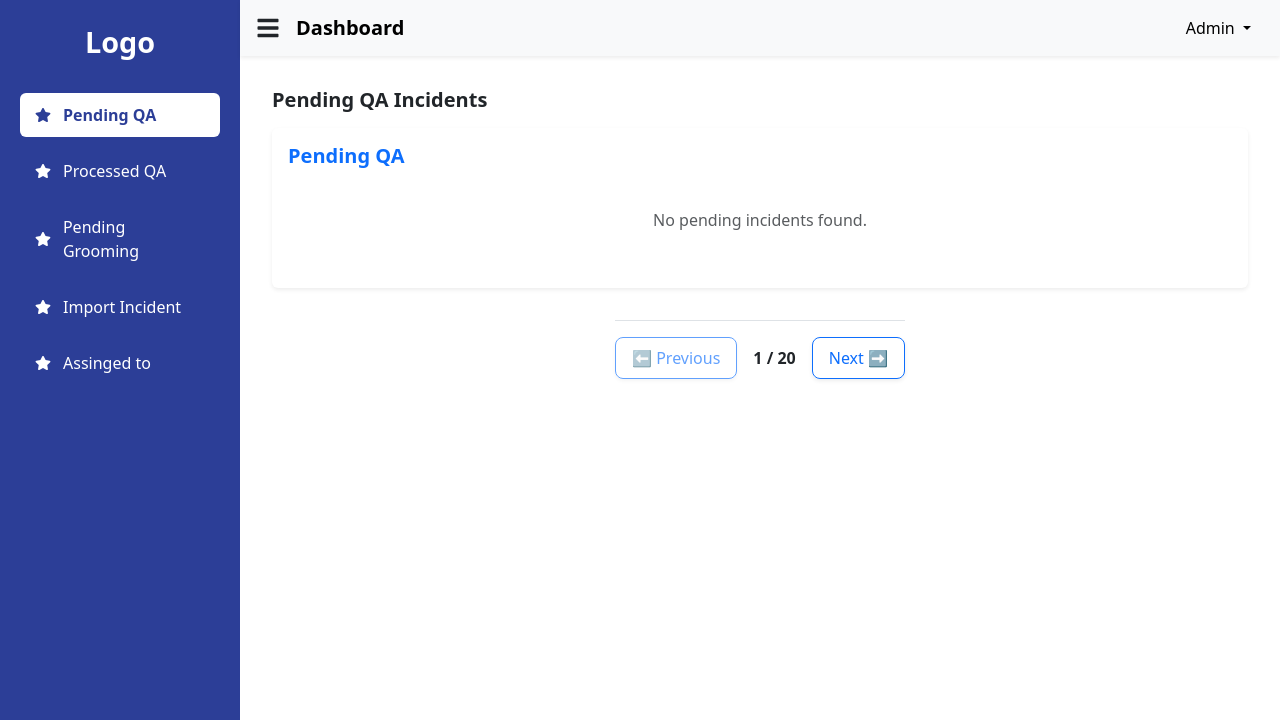
Repository: ArunGOW/ServiceNow_QA-audit
Page: /dashboard/pending-qa
The author's editor kept a copy of each file at every save. The page is drawn from the files as they stood at one save, then again after the next save.
The browser window is 1280 px wide. The pictures show the whole page.
The page's requests for data from a server got no answer. The project was rebuilt for these pictures with package versions that can differ from the ones it lists, and the page was loaded fresh each time. No one was signed in, and anything a server would have sent is missing. Also part of the build but not shown: vite.config.js, src/components/Login.jsx, src/components/layout/Topbar.css, src/components/tables/ProcessedQATable.jsx, src/pages/ProcessedQAPage.jsx, src/pages/GroomingPage.jsx, src/pages/ImportIncidentPage.jsx.

Above is the page before, as saved 2025-09-09 20:18:33.

### index.html
<!doctype html>
<html lang="en">
  <head>
    <meta charset="UTF-8" />
    <link rel="icon" href="data:," />
    <meta name="viewport" content="width=device-width, initial-scale=1.0" />
    <title>QA Tool</title>
  </head>
  <body>
    <div id="root"></div>
    <script type="module" src="/src/main.jsx"></script>
  </body>
</html>

### src/main.jsx
 import React from "react";
import ReactDOM from "react-dom/client";
import { BrowserRouter } from "react-router-dom";
import App from "./App";
import 'bootstrap/dist/css/bootstrap.min.css';


ReactDOM.createRoot(document.getElementById("root")).render(
  <BrowserRouter>
    <App />
  </BrowserRouter>
);

### src/App.jsx



//  import React from "react";
// import { Routes, Route, Navigate } from "react-router-dom";
// import Login from "./components/Login";
// import Dashboard from "./components/Dashboard";
// import { AuthProvider } from "./context/AuthContext";
// import ImportExcel from "./components/ImportExcel";


// function App() {
//   return (
//     <AuthProvider>
//       <Routes>

//         <Route path="/" element={<Navigate to="/login" replace />} />
//         <Route path="/login" element={<Login />} />
//         {/* <Route path="/dashboard" element={<Dashboard />} />
//         <Route path="/import-excel" element={<ImportExcel />} />

//         <Route path="/pending-qa" element={<Dashboard filter="Pending" />} /> */}
//         {/* ✅ Protect all dashboard routes */}
//         <Route
//           path="/dashboard/*"
//           element={
//             <ProtectedRoute>
//               <Layout>
//                 <Routes>
//                   <Route path="" element={<Dashboard />} />
//                   <Route path="processed-qa" element={<ProcessedQAPage />} />
//                   <Route path="pending-grooming" element={<GroomingPage />} />
//                   <Route path="import-incident" element={<ImportIncidentPage />} />
//                 </Routes>
//               </Layout>
//             </ProtectedRoute>
//           }
//         />


//       </Routes>
//     </AuthProvider>
//   );
// }

// export default App;

// src/App.jsx
import React from "react";
import { Routes, Route, Navigate } from "react-router-dom";
import Login from "./components/Login";
import Dashboard from "./components/Dashboard";
import { AuthProvider } from "./context/AuthContext";

// Pages
import PendingQAPage from "./pages/PendingQAPage";
import ProcessedQAPage from "./pages/ProcessedQAPage";
import GroomingPage from "./pages/GroomingPage";
import ImportIncidentPage from "./pages/ImportIncidentPage";

function App() {
  return (
    <AuthProvider>
      <Routes>
        {/* Redirect root to login */}
        <Route path="/" element={<Navigate to="/login" replace />} />

        {/* Login Page */}
        <Route path="/login" element={<Login />} />

        {/* Dashboard Layout with nested routes */}
        <Route path="/dashboard" element={<Dashboard />}>
          <Route path="pending-qa" element={<PendingQAPage />} />
          <Route path="processed-qa" element={<ProcessedQAPage />} />
          <Route path="pending-grooming" element={<GroomingPage />} />
          <Route path="import-incident" element={<ImportIncidentPage />} />
        </Route>
      </Routes>
    </AuthProvider>
  );
}

export default App;

### src/components/Dashboard.jsx
//  import { useState, useEffect, useContext } from "react";
// import axios from "axios";
// import Layout from "./layout/Layout";
// import PendingQATable from "./tables/PendingQATable";
// import ProcessedQATable from "./tables/ProcessedQATable";
// import PaginationControls from "./PaginationControls";
// import { AuthContext } from "../context/AuthContext";

// const Dashboard = () => {
//   const { user } = useContext(AuthContext); // ✅ get user info (user_sid)
//   const [pendingIncidents, setPendingIncidents] = useState([]);
//   const [processedIncidents, setProcessedIncidents] = useState([]);
//   const [loading, setLoading] = useState(true);
//   const [currentPage, setCurrentPage] = useState(1);
//   const [totalPages, setTotalPages] = useState(1);
//   const limit = 10;

//   useEffect(() => {
//     const fetchData = async () => {
//       if (!user?.user_sid) {
//         console.warn("⚠️ No user_sid found, skipping fetch.");
//         return;
//       }

//       setLoading(true);
//       try {
//         const skip = (currentPage - 1) * limit;

//         // ✅ Send skip, limit, and user_sid in POST body (NOT query string)
//         const res = await axios.post("http://localhost:8000/api/users/get/incidents", {
//           user_sid: user.user_sid,
//           skip,
//           limit,
//         });

//         console.log("📌 API Response:", res.data);

//         const allIncidents = res.data?.incidents || [];

//         setPendingIncidents(allIncidents.filter((i) => i.audit_status === "Pending"));
//         setProcessedIncidents(allIncidents.filter((i) => i.audit_status === "Completed"));

//         if (res.data?.totalCount) {
//           setTotalPages(Math.ceil(res.data.totalCount / limit));
//         }
//       } catch (error) {
//         console.error("❌ Error fetching incidents:", error);
//       } finally {
//         setLoading(false);
//       }
//     };

//     fetchData();
//   }, [currentPage, user]);

//   return (
//     <Layout>
//       <PendingQATable incidents={pendingIncidents} loading={loading} />
//       <ProcessedQATable incidents={processedIncidents} />
//       <div className="d-flex justify-content-center mt-3">
//         <PaginationControls
//           currentPage={currentPage}
//           totalPages={totalPages}
//           handlePrevious={() => setCurrentPage((p) => Math.max(p - 1, 1))}
//           handleNext={() => setCurrentPage((p) => p + 1)}
//         />
//       </div>
//     </Layout>
//   );
// };

// export default Dashboard;


// src/components/Dashboard.jsx
import { Outlet } from "react-router-dom";
import { useState } from "react";
import Sidebar from "./layout/Sidebar";
import Topbar from "./layout/Topbar";

const Dashboard = () => {
  const [sidebarOpen, setSidebarOpen] = useState(true);

  return (
    <div className="d-flex">
      {/* Sidebar */}
      {sidebarOpen && <Sidebar />}

      {/* Main Content */}
      <div className="flex-grow-1">
        <Topbar onToggleSidebar={() => setSidebarOpen(!sidebarOpen)} />
        <div className="p-3">
          <Outlet /> {/* Child routes render here */}
        </div>
      </div>
    </div>
  );
};

export default Dashboard;

### src/context/AuthContext.jsx
//  // src/context/AuthContext.jsx
// import { createContext, useContext, useState, useEffect } from "react";

// const AuthContext = createContext();

// export const AuthProvider = ({ children }) => {
//   const [user, setUser] = useState(null);

//   useEffect(() => {
//     const storedUser = localStorage.getItem("user");
//     if (storedUser) {
//       setUser(JSON.parse(storedUser));
//     }
//   }, []);

//   const login = (userData) => {
//     setUser(userData);
//     localStorage.setItem("user", JSON.stringify(userData));
//   };

//   const logout = () => {
//     setUser(null);
//     localStorage.removeItem("user");
//   };

//   return (
//     <AuthContext.Provider value={{ user, login, logout }}>
//       {children}
//     </AuthContext.Provider>
//   );
// };

// // ✅ Add this export
// export const useAuth = () => useContext(AuthContext);


// src/context/AuthContext.jsx
import React, { createContext, useContext, useState, useEffect } from "react";

const AuthContext = createContext();

export const AuthProvider = ({ children }) => {
  const [user, setUser] = useState(null);

  useEffect(() => {
    const storedUser = localStorage.getItem("user");
    if (storedUser) {
      setUser(JSON.parse(storedUser));
    }
  }, []);

  const login = (userData) => {
    setUser(userData);
    localStorage.setItem("user", JSON.stringify(userData));
  };

  const logout = () => {
    setUser(null);
    localStorage.removeItem("user");
  };

  return (
    <AuthContext.Provider value={{ user, login, logout }}>
      {children}
    </AuthContext.Provider>
  );
};

export const useAuth = () => useContext(AuthContext);

### src/pages/PendingQAPage.jsx
// src/pages/PendingQAPage.jsx
import{ useState, useEffect } from "react";
import axios from "axios";
import PendingQATable from "../components/tables/PendingQATable";
import PaginationControls from "../components/PaginationControls";

const PendingQAPage = () => {
  const [incidents, setIncidents] = useState([]);
  const [loading, setLoading] = useState(true);
  const [currentPage, setCurrentPage] = useState(1);
  const limit = 10;

  useEffect(() => {
    const fetchData = async () => {
      setLoading(true);
      try {
        const skip = (currentPage - 1) * limit;
        const res = await axios.post(
          "http://localhost:8000/api/users/get/incidents",
          { skip, limit }
        );
        setIncidents(res.data.pending || []); // ✅ using pending key from backend
      } catch (error) {
        console.error("Error fetching pending incidents:", error);
      } finally {
        setLoading(false);
      }
    };
    fetchData();
  }, [currentPage]);

  return (
    <div className="p-3">
      <h5 className="fw-bold mb-3">Pending QA Incidents</h5>
      <PendingQATable incidents={incidents} loading={loading} />
      <div className="d-flex justify-content-center mt-3">
        <PaginationControls
          currentPage={currentPage}
          totalPages={20}
          handlePrevious={() => setCurrentPage((p) => Math.max(p - 1, 1))}
          handleNext={() => setCurrentPage((p) => p + 1)}
        />
      </div>
    </div>
  );
};

export default PendingQAPage;

### src/components/layout/sidebar.jsx
//  // src/components/layout/Sidebar.jsx
// import { Nav } from "react-bootstrap";
// import { FaStar } from "react-icons/fa";
// import { Link, useLocation } from "react-router-dom";

// const Sidebar = () => {
//   const location = useLocation();

//   const menuItems = [
//     { path: "/pending-qa", label: "Pending QA" },
//     { path: "/processed-qa", label: "Processed QA" },
//     { path: "/pending-grooming", label: "Pending Grooming" },
//     { path: "/import-incident", label: "Import Incident" },
//     { path: "/export-incident", label: "Export Incident" },
//   ];

//   return (
//     <div>
//       <h2 className="p-3 fw-bold border-bottom">Logo</h2>
//       <Nav className="flex-column">
//         {menuItems.map((item) => (
//           <Nav.Item key={item.path}>
//             <Link
//               to={item.path}
//               className={`d-flex align-items-center px-3 py-2 text-decoration-none ${
//                 location.pathname === item.path
//                   ? "bg-light text-dark rounded"
//                   : "text-white"
//               }`}
//             >
//               <FaStar className="me-2" />
//               {item.label}
//             </Link>
//           </Nav.Item>
//         ))}
//       </Nav>
//     </div>
//   );
// };

// export default Sidebar;


// src/components/layout/Sidebar.jsx
import { NavLink } from "react-router-dom";
import { FaStar } from "react-icons/fa";
import "./Sidebar.css";

const Sidebar = () => {
  return (
    <div className="sidebar">
      <div className="logo">Logo</div>
      <nav>
        <NavLink to="/dashboard/pending-qa" activeClassName="active">
          <FaStar /> Pending QA
        </NavLink>
        <NavLink to="/dashboard/processed-qa" activeClassName="active">
          <FaStar /> Processed QA
        </NavLink>
        <NavLink to="/dashboard/pending-grooming" activeClassName="active">
          <FaStar /> Pending Grooming
        </NavLink>

        <NavLink to="/dashboard/import-incident" activeClassName="active">
          <FaStar /> Import Incident
        </NavLink>
        <NavLink to="/export-incident" activeClassName="active">
          <FaStar />  Assinged to
        </NavLink>
      </nav>
    </div>
  );
};

export default Sidebar;

### src/components/layout/Topbar.jsx
// // src/components/layout/Topbar.jsx
// import { Navbar, Nav, Dropdown } from "react-bootstrap";
// import { FaBars } from "react-icons/fa";


// const Topbar = ({ onToggleSidebar }) => {
//   return (
//     <Navbar bg="light" expand="lg" className="shadow-sm px-3">
//       <FaBars
//         className="me-3"
//         style={{ cursor: "pointer", fontSize: "1.5rem" }}
//         onClick={onToggleSidebar}
//       />
//       <Navbar.Brand className="fw-bold">Dashboard</Navbar.Brand>
//       <Nav className="ms-auto">
//         <Dropdown align="end">
//           <Dropdown.Toggle variant="light" id="dropdown-basic">
//             Admin
//           </Dropdown.Toggle>
//           <Dropdown.Menu>
//             <Dropdown.Item>Profile</Dropdown.Item>
//             <Dropdown.Item>Logout</Dropdown.Item>
//           </Dropdown.Menu>
//         </Dropdown>
//       </Nav>
//     </Navbar>
//   );
// };

// export default Topbar;


 // src/components/layout/Topbar.jsx
import { Navbar, Nav, Dropdown } from "react-bootstrap";
import { FaBars } from "react-icons/fa";
import { useAuth } from "../../context/AuthContext";   // ✅ import hook
import { useNavigate } from "react-router-dom";
import './Topbar.css'

const Topbar = ({ onToggleSidebar }) => {
  const { logout, user } = useAuth();  // ✅ get user + logout
  const navigate = useNavigate();

  const handleLogout = () => {
    logout();            // clear user + localStorage
    navigate("/login");  // redirect to login page
  };

  return (
    <Navbar bg="light" expand="lg" className="shadow-sm px-3">
      <FaBars
        className="me-3"
        style={{ cursor: "pointer", fontSize: "1.5rem" }}
        onClick={onToggleSidebar}
      />
      <Navbar.Brand className="fw-bold">Dashboard</Navbar.Brand>
      <Nav className="ms-auto">
        <Dropdown align="end">
          <Dropdown.Toggle variant="light" id="dropdown-basic">
            {user?.name || "Admin"}  {/* ✅ show logged-in user name */}
          </Dropdown.Toggle>
          <Dropdown.Menu>
            <Dropdown.Item>Profile</Dropdown.Item>
            <Dropdown.Item onClick={handleLogout}>Logout</Dropdown.Item>
          </Dropdown.Menu>
        </Dropdown>
      </Nav>
    </Navbar>
  );
};

export default Topbar;

### src/components/tables/PendingQATable.jsx
 // src/components/tables/PendingQATable.jsx
import { Table, Spinner, Badge } from "react-bootstrap";

const PendingQATable = ({ incidents, loading }) => {
  const getStatusBadge = (status) => {
    if (!status) return <Badge bg="secondary">Pending</Badge>;
    if (status.toLowerCase() === "escalated")
      return <Badge bg="warning" text="dark">Escalated</Badge>;
    if (status.toLowerCase() === "resolved")
      return <Badge bg="success">Resolved</Badge>;
    return <Badge bg="info">{status}</Badge>;
  };

  return (
    <div className="bg-white rounded shadow-sm p-3">
      <h5 className="fw-bold mb-3 text-primary">Pending QA</h5>
      {loading ? (
        <div className="text-center py-5">
          <Spinner animation="border" variant="primary" />
        </div>
      ) : incidents.length > 0 ? (
        <Table bordered hover responsive className="align-middle">
          <thead className="table-primary">
            <tr>
              <th className="text-center">Incident #</th>
              <th className="text-start">Handled By</th>
              <th className="text-center">Handled On</th>
              <th className="text-center">Current Status</th>
            </tr>
          </thead>
          <tbody>
            {incidents.map((incident, index) => (
              <tr key={index}>
                <td className="text-center">{incident.incident_number || "N/A"}</td>
                <td className="text-start">{incident.assigned_analyst || "N/A"}</td>
                <td className="text-center">{incident.incident_date || "N/A"}</td>
                <td className="text-center">{getStatusBadge(incident.resolution_status)}</td>
              </tr>
            ))}
          </tbody>
        </Table>
      ) : (
        <p className="text-muted text-center py-4">No pending incidents found.</p>
      )}
    </div>
  );
};

export default PendingQATable;

### src/components/PaginationControls.jsx
import React from "react";
import CustomButton from "./CustomButton";

const PaginationControls = ({ currentPage, totalPages, handlePrevious, handleNext }) => {
  return (

<div className="d-flex justify-content-center align-items-center mt-3 pt-3 border-top">
  <CustomButton
    variant="outline-primary"
    disabled={currentPage === 1}
    onClick={handlePrevious}
    className="me-3"
  >
    ⬅️ Previous
  </CustomButton>

  <span className="fw-semibold text-dark">
    {currentPage} / {totalPages}
  </span>

  <CustomButton
    variant="outline-primary"
    disabled={currentPage === totalPages}
    onClick={handleNext}
    className="ms-3"
  >
    Next ➡️
  </CustomButton>
</div>

  );
};

export default PaginationControls;

### src/components/layout/Sidebar.css
/* src/components/layout/Sidebar.css */
.sidebar {
  height: 100vh;
  width: 240px;
  background-color: #2c3e97; /* Deep Blue */
  color: white;
  display: flex;
  flex-direction: column;
  padding: 20px;
}

.sidebar .logo {
  font-size: 1.8rem;
  font-weight: bold;
  text-align: center;
  margin-bottom: 30px;
}

.sidebar nav {
  display: flex;
  flex-direction: column;
  gap: 12px;
}

.sidebar a {
  display: flex;
  align-items: center;
  gap: 12px;
  padding: 10px 15px;
  text-decoration: none;
  color: white;
  font-size: 1rem;
  border-radius: 6px;
  transition: all 0.3s ease;
}

.sidebar a:hover {
  background-color: rgba(255, 255, 255, 0.15);
}

.sidebar a.active {
  background-color: white;
  color: #2c3e97;
  font-weight: bold;
}

.sidebar hr {
  border: none;
  border-top: 1px solid rgba(255, 255, 255, 0.2);
  margin: 15px 0;
}

### src/components/CustomButton.jsx
// // src/components/CustomButton.jsx
// import React from "react";
// import { Button } from "react-bootstrap";

// const CustomButton = ({
//   children,
//   variant = "primary",
//   onClick,
//   className = "",
//   disabled = false
// }) => {
//   return (
//     <Button
//       variant={variant}
//       onClick={onClick}
//       disabled={disabled}
//       className={`fw-semibold ${className}`}
//     >
//       {children}
//     </Button>
//   );
// };

// export default CustomButton;


import React from "react";
import { Button } from "react-bootstrap";

const CustomButton = ({ children, variant = "primary", className = "", ...rest }) => {
  return (
    <Button
      variant={variant}
      className={`rounded-3 px-3 py-2 shadow-sm ${className}`}
      {...rest}
    >
      {children}
    </Button>
  );
};

export default CustomButton;

After the next save:
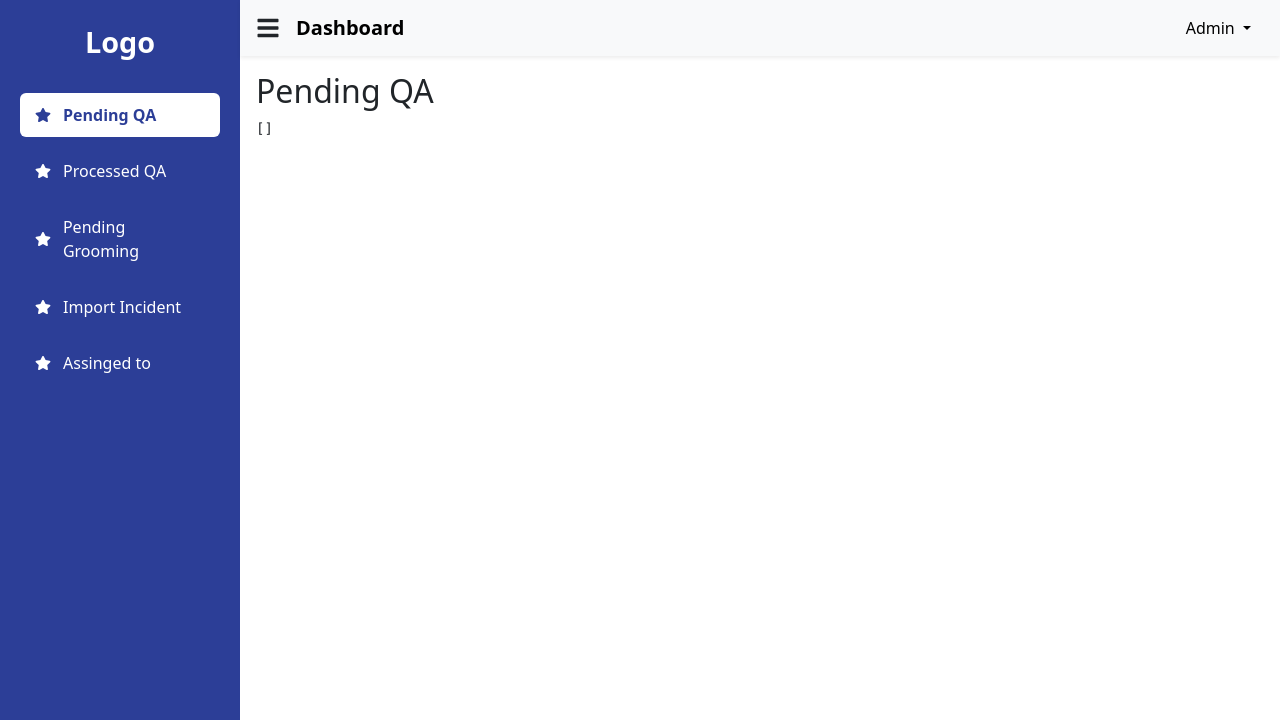
Saved 11 min 27 s later.
--- a/src/pages/PendingQAPage.jsx
+++ b/src/pages/PendingQAPage.jsx
@@ -1,48 +1,84 @@
-// src/pages/PendingQAPage.jsx
-import{ useState, useEffect } from "react";
+// // src/pages/PendingQAPage.jsx
+// import{ useState, useEffect } from "react";
+// import axios from "axios";
+// import PendingQATable from "../components/tables/PendingQATable";
+// import PaginationControls from "../components/PaginationControls";
+
+// const PendingQAPage = () => {
+//   const [incidents, setIncidents] = useState([]);
+//   const [loading, setLoading] = useState(true);
+//   const [currentPage, setCurrentPage] = useState(1);
+//   const limit = 10;
+
+//   useEffect(() => {
+//     const fetchData = async () => {
+//       setLoading(true);
+//       try {
+//         const skip = (currentPage - 1) * limit;
+//         const res = await axios.post(
+//           "http://localhost:8000/api/users/get/incidents",
+//           { skip, limit }
+//         );
+//         setIncidents(res.data.pending || []); // ✅ using pending key from backend
+//       } catch (error) {
+//         console.error("Error fetching pending incidents:", error);
+//       } finally {
+//         setLoading(false);
+//       }
+//     };
+//     fetchData();
+//   }, [currentPage]);
+
+//   return (
+//     <div className="p-3">
+//       <h5 className="fw-bold mb-3">Pending QA Incidents</h5>
+//       <PendingQATable incidents={incidents} loading={loading} />
+//       <div className="d-flex justify-content-center mt-3">
+//         <PaginationControls
+//           currentPage={currentPage}
+//           totalPages={20}
+//           handlePrevious={() => setCurrentPage((p) => Math.max(p - 1, 1))}
+//           handleNext={() => setCurrentPage((p) => p + 1)}
+//         />
+//       </div>
+//     </div>
+//   );
+// };
+
+// export default PendingQAPage;
+
 import axios from "axios";
-import PendingQATable from "../components/tables/PendingQATable";
-import PaginationControls from "../components/PaginationControls";
+import { useEffect, useState } from "react";
 
-const PendingQAPage = () => {
+const PendingQA = () => {
   const [incidents, setIncidents] = useState([]);
-  const [loading, setLoading] = useState(true);
-  const [currentPage, setCurrentPage] = useState(1);
-  const limit = 10;
 
   useEffect(() => {
-    const fetchData = async () => {
-      setLoading(true);
+    const fetchIncidents = async () => {
       try {
-        const skip = (currentPage - 1) * limit;
         const res = await axios.post(
-          "http://localhost:8000/api/users/get/incidents",
-          { skip, limit }
+          "http://127.0.0.1:8000/api/users/get/incidents",
+          {
+            skip: 0,
+            limit: 10,
+          }
         );
-        setIncidents(res.data.pending || []); // ✅ using pending key from backend
-      } catch (error) {
-        console.error("Error fetching pending incidents:", error);
-      } finally {
-        setLoading(false);
+        setIncidents(res.data);
+        console.log("Fetched incidents:", res.data);
+      } catch (err) {
+        console.error("Error fetching incidents:", err);
       }
     };
-    fetchData();
-  }, [currentPage]);
+
+    fetchIncidents();
+  }, []);
 
   return (
-    <div className="p-3">
-      <h5 className="fw-bold mb-3">Pending QA Incidents</h5>
-      <PendingQATable incidents={incidents} loading={loading} />
-      <div className="d-flex justify-content-center mt-3">
-        <PaginationControls
-          currentPage={currentPage}
-          totalPages={20}
-          handlePrevious={() => setCurrentPage((p) => Math.max(p - 1, 1))}
-          handleNext={() => setCurrentPage((p) => p + 1)}
-        />
-      </div>
+    <div>
+      <h2>Pending QA</h2>
+      <pre>{JSON.stringify(incidents, null, 2)}</pre>
     </div>
   );
 };
 
-export default PendingQAPage;
+export default PendingQA;
